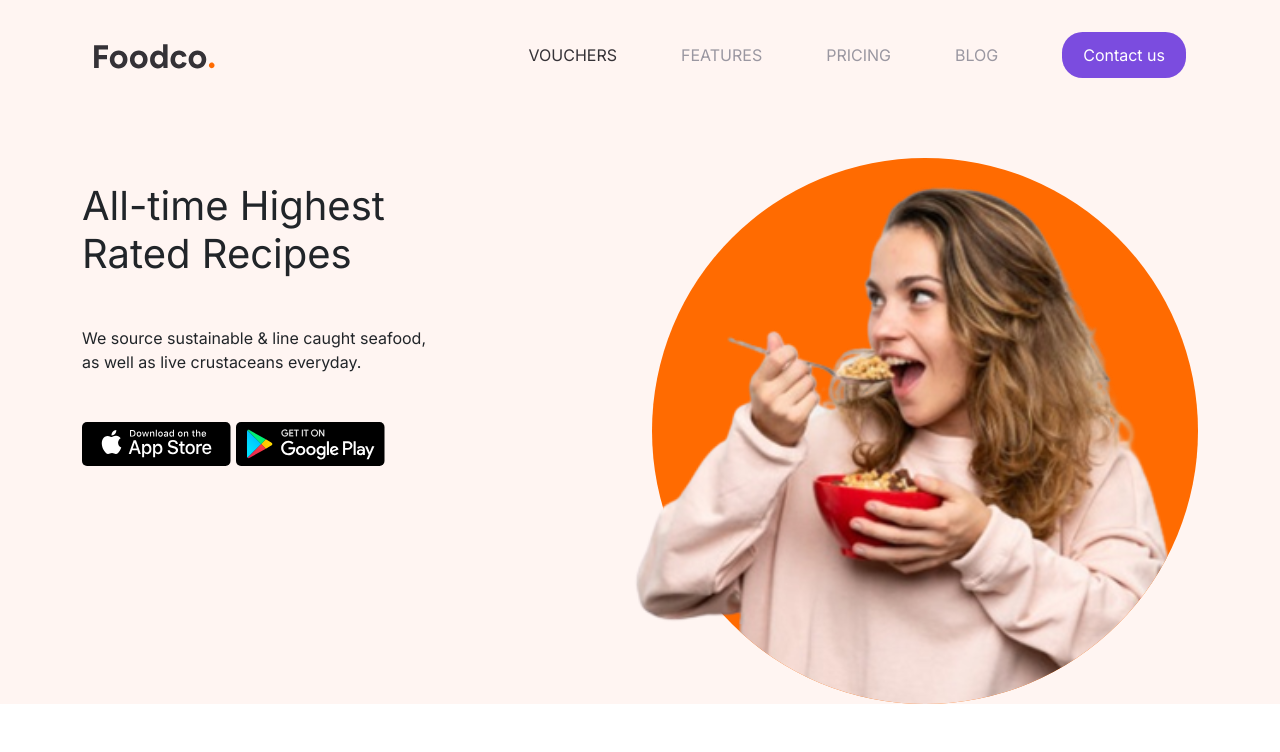
Repository: badhon252/Foodco
Page: index.html
An editor plug-in stored every save of this project. The page is shown before and after the next save, followed by the edit.
The browser window is 1280 px wide. The pictures show the whole page.
The style sheet was rebuilt from its Sass, Less or Tailwind sources for each picture, by a compiler version that may differ from the author's.

Above is the page before, as saved 2022-09-15 16:29:51.

After the next save:
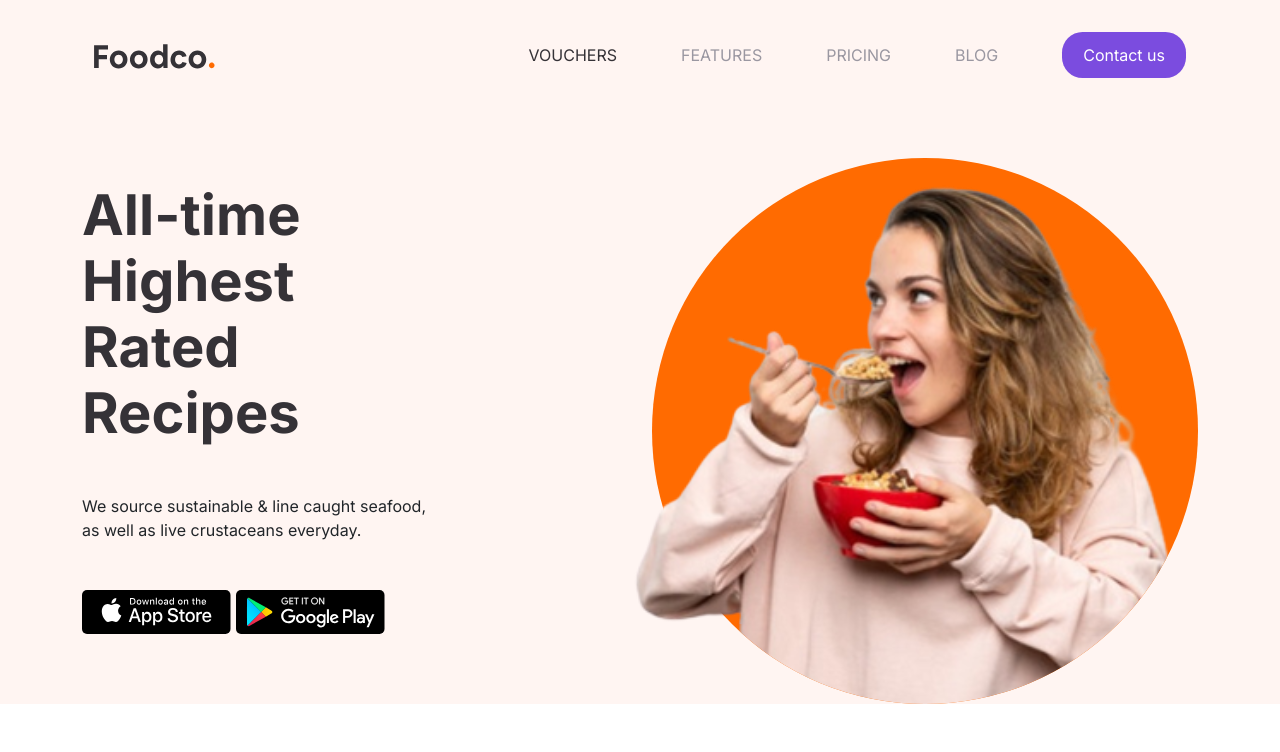
Saved 87 s later.
--- a/scss/style.scss
+++ b/scss/style.scss
@@ -122,6 +122,14 @@
   }
 
   .header-content {
+    h1 {
+      font-weight: 700;
+      font-size: 56px;
+      line-height: 66px;
+      /* or 118% */
+
+      color: #353237;
+    }
     .card {
       background: none;
       border: none;
